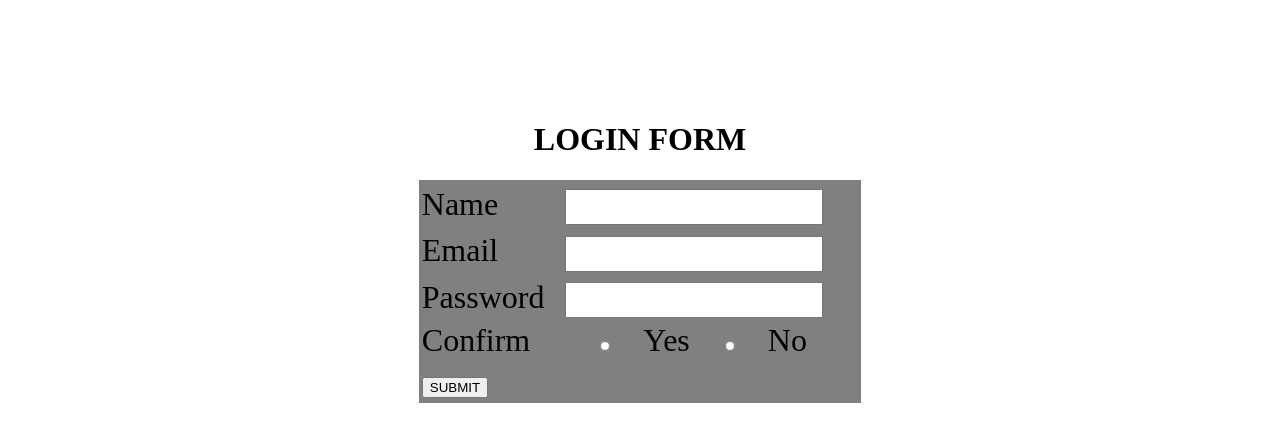
Repository: obusakthi539/Loginform
Page: Login.html
These files come from the project's save history. The page is drawn as it stood at one moment and after a run of saves; the edit follows.
The browser window is 1280 px wide. The pictures show the whole page.

Above is the page before, as saved 2025-01-10 18:28:34.

After the next 4 saves:
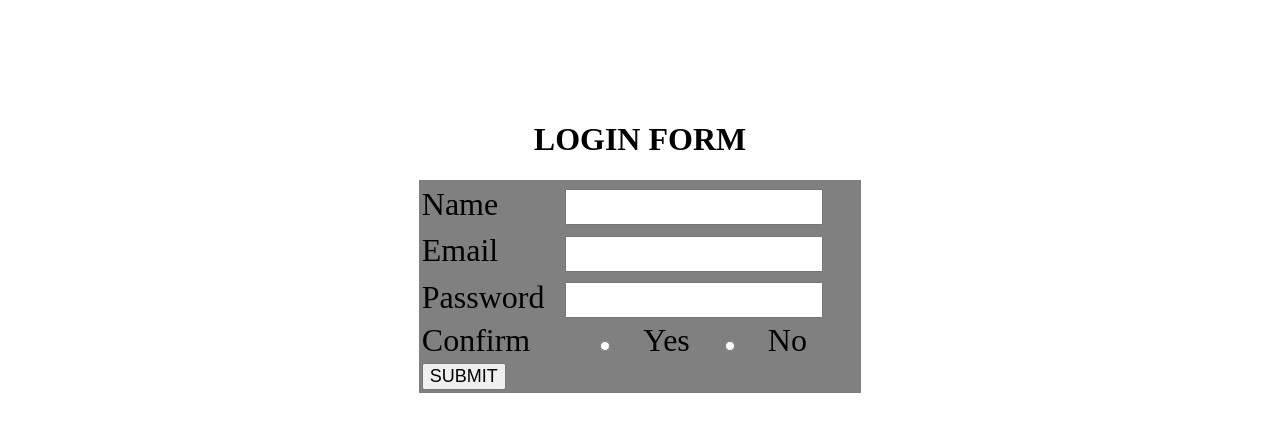
The 4 saves are shown as one change because they came seconds apart.
The last was saved 10 s later.
--- a/Login.html
+++ b/Login.html
@@ -29,7 +29,7 @@
             height: 10px;
         }
         button{
-            fl
+            display: flex;
             font-size:large;
             align-items:center;
         }

After the save that followed:
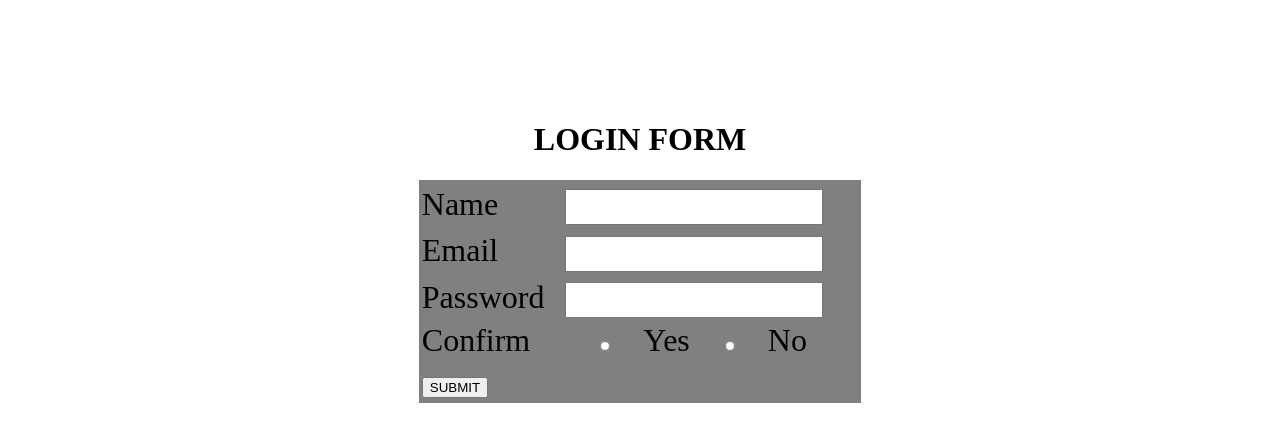
Saved 15 s later.
--- a/Login.html
+++ b/Login.html
@@ -28,11 +28,7 @@
             width: 70px;
             height: 10px;
         }
-        button{
-            display: flex;
-            font-size:large;
-            align-items:center;
-        }
+
     </style>
 </head>
 <body>
